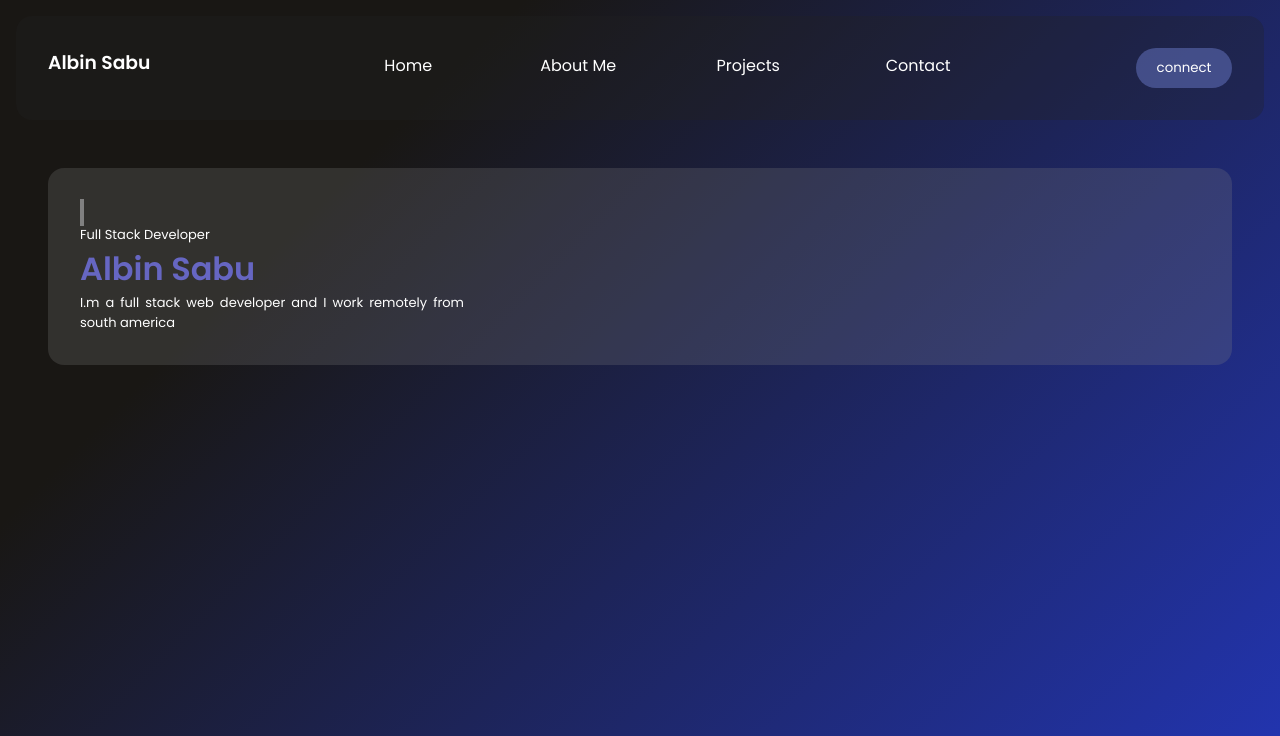
Repository: albinsabu2023/personalwebsite
Page: index.html
These files come from the project's save history. The page is drawn as it stood at one moment and after the next save; the edit follows.
The browser window is 1280 px wide. The pictures show the whole page.

Above is the page before, as saved 2023-09-02 12:43:31.

### index.html
<!DOCTYPE html>
<html lang="en">
<head>
    <meta charset="UTF-8">
    <meta name="viewport" content="width=device-width, initial-scale=1.0">
    <title>Document</title>
    <link rel="stylesheet" href="style.css">
    <link rel="stylesheet" href="media.css">
</head>
<body>
    <nav >
        <h3 class="title">Albin Sabu</h3>
        <ul>
            <li class><a href="#home">Home</a></li>
            <li><a href="#about">About Me</a></li>
            <li><a href="#project">Projects</a></li>
            <li><a href="#contact">Contact</a> </li>
        </ul>
        <button class="btn-connect">connect</button>
    </nav>
    <div id="home">
        <span class="line"> </span>
        <div class="profile__text">

            <p>Full Stack Developer</p>
            <h1>Albin Sabu</h1>
            <p>I.m a full stack web developer and I work remotely from south america</p>
        </div>
        <div class="profile__img"></div>
        <div class="profile__links"></div>
    </div>
</body>
</html>

### style.css
@import url('https://fonts.googleapis.com/css2?family=Poppins:ital,wght@0,300;0,400;0,500;0,600;1,300;1,500;1,600&display=swap');
*{
    margin:0;
    font-family: 'Poppins', sans-serif;

}
body{

    color: white;
    margin-top: 1rem;

    background-color: #2234ae;
    height:100vh;
    background-image: linear-gradient(315deg, #2234ae 0%, #191714 74%);

}
nav{
    position: sticky;
    z-index: 0;
    display: flex;
    padding: 2rem;
    margin: 1rem;
    background-color: rgba(34, 34, 34, 0.3);
    border-radius: 1rem;
    justify-content: space-between;

}

nav ul{
    list-style-type: none;
    display: flex;
    gap: 2rem;
    justify-content: space-between;



}

nav ul li:hover{
    background: rgba(74, 74, 74, 0.4);


}
nav ul li{
    padding: 5px;
    border-radius: 1rem;
    text-align: center;
    width: 8rem;


}
nav ul li a{
    text-decoration: none;
    color: white;
}

.btn-connect{
    background: rgba(104, 121, 197, 0.5);
    border: none;
    color: white;
    padding: 10px;
    border-radius: 3rem;
    width: 6rem;

}
.btn-connect:hover{
    background: #0c68f2;
}

#home{
    margin: 3rem;
    padding: 2rem;
    background: rgba(128, 128, 128, 0.24);
    border-radius: 1rem;


}
.line{
    border: gray 2px solid;
}
.profile__text{
    width: 30vw;
    text-align: justify;
}
.profile__text p{
    font-size: small;
}
.profile__text h1{
    color: rgb(102, 102, 194);

}
.profile__detail{
    display: flex;
    flex-direction: col;
}

### media.css
@media  screen and (max-width:600px) {
    nav ul{
        flex-direction: column;
        display: none;

    }
}

After the next save:
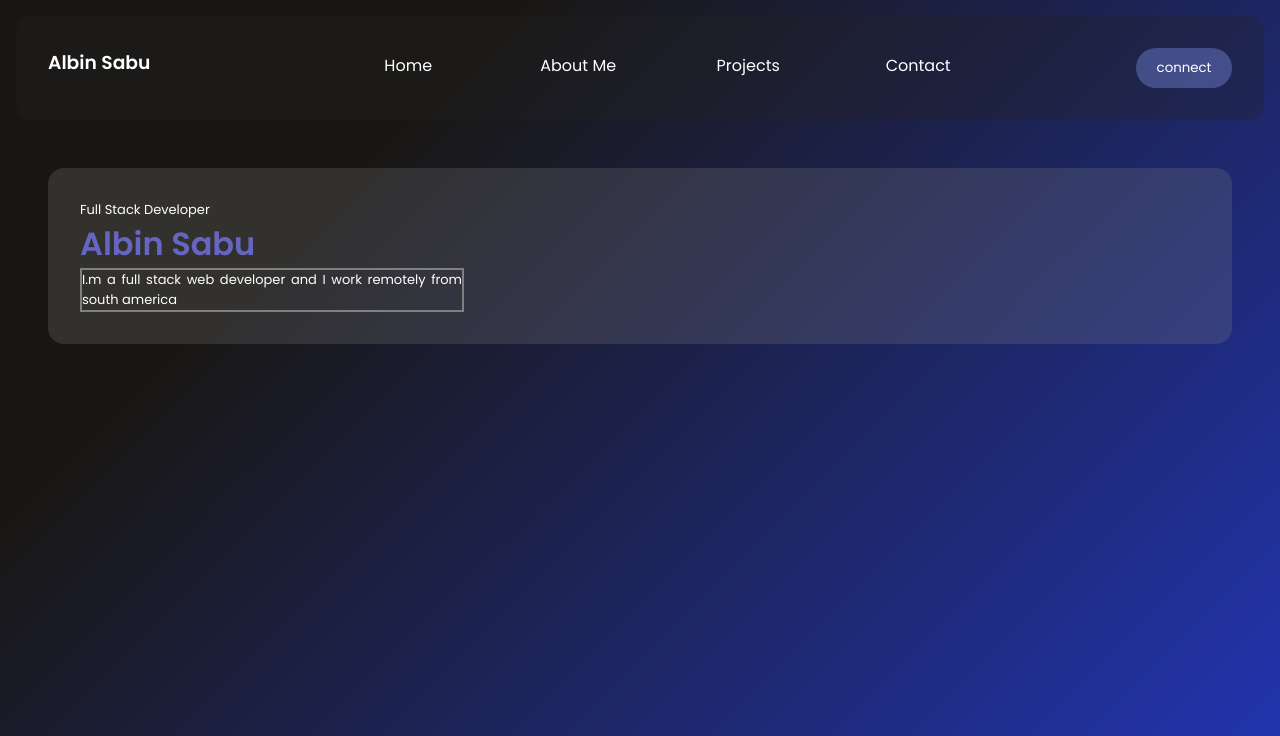
Saved 6 s later.
--- a/index.html
+++ b/index.html
@@ -19,12 +19,17 @@
         <button class="btn-connect">connect</button>
     </nav>
     <div id="home">
-        <span class="line"> </span>
+
         <div class="profile__text">
 
             <p>Full Stack Developer</p>
             <h1>Albin Sabu</h1>
-            <p>I.m a full stack web developer and I work remotely from south america</p>
+            <div class="profile__detail">
+                <span class="line">
+                <p>I.m a full stack web developer and I work remotely from south america</p>
+                </span>
+            </div>
+
         </div>
         <div class="profile__img"></div>
         <div class="profile__links"></div>
